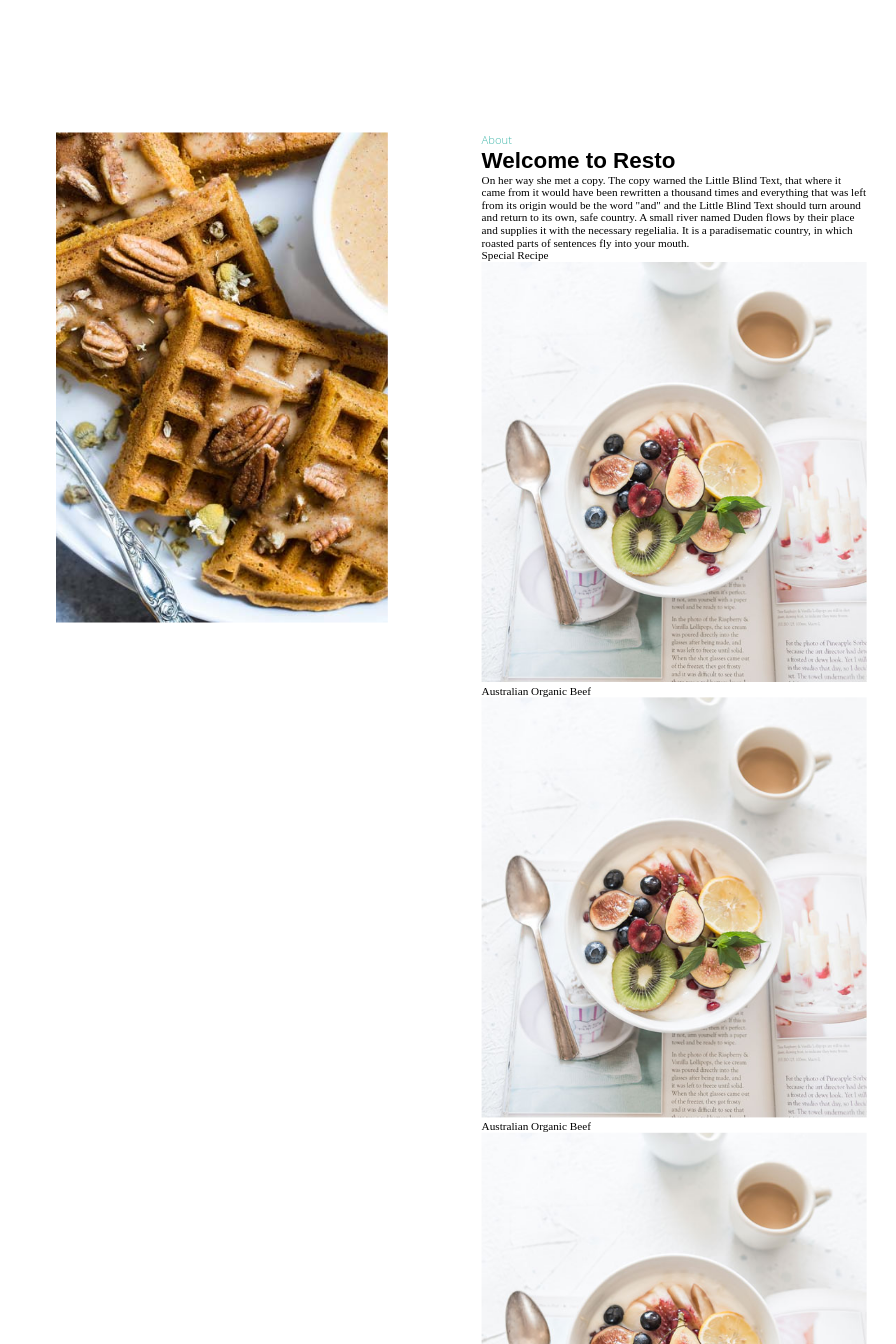
Repository: nguyenanhtuanHDU/myrestaurant
Page: index.html
The author's editor kept a copy of each file at every save. The page is drawn from the files as they stood at one save, then again after a run of saves.
The browser window is 1280 px wide. The pictures show the part of the page from y = 616 to 2536 px (the page is 2856 px tall before and 2886 px after), at 70% of full size.

Above is the page before, as saved 2022-02-01 01:59:30.

After the next 2 saves:
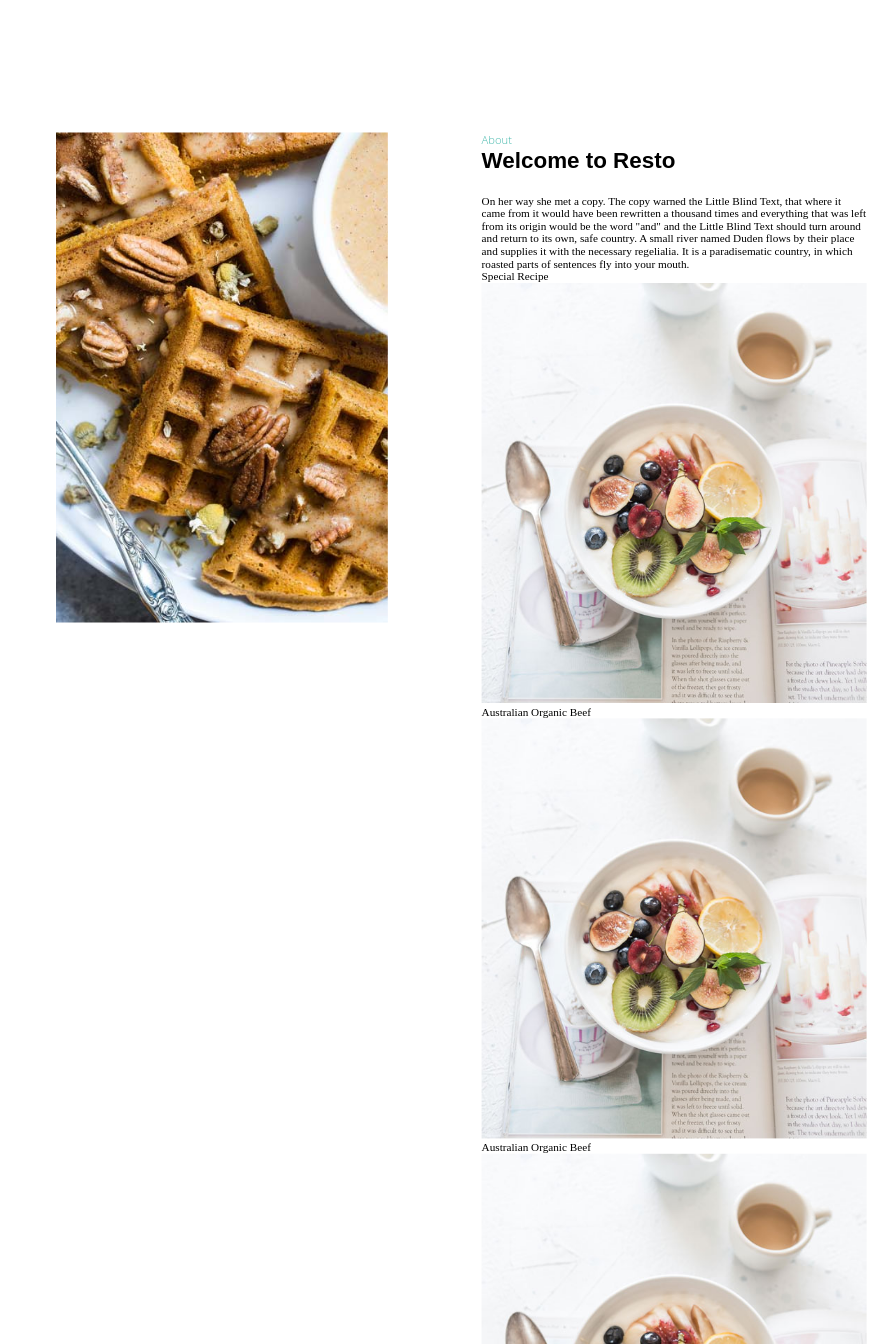
The 2 saves are shown as one change because they came seconds apart.
The last was saved 49 s later.
--- a/assets/style.css
+++ b/assets/style.css
@@ -217,4 +217,5 @@
     font-family: 'Josefin Sans',sans-serif;
     font-weight: 700;
     font-size: 32px;
-}
+    margin-bottom: 30px;
+}
